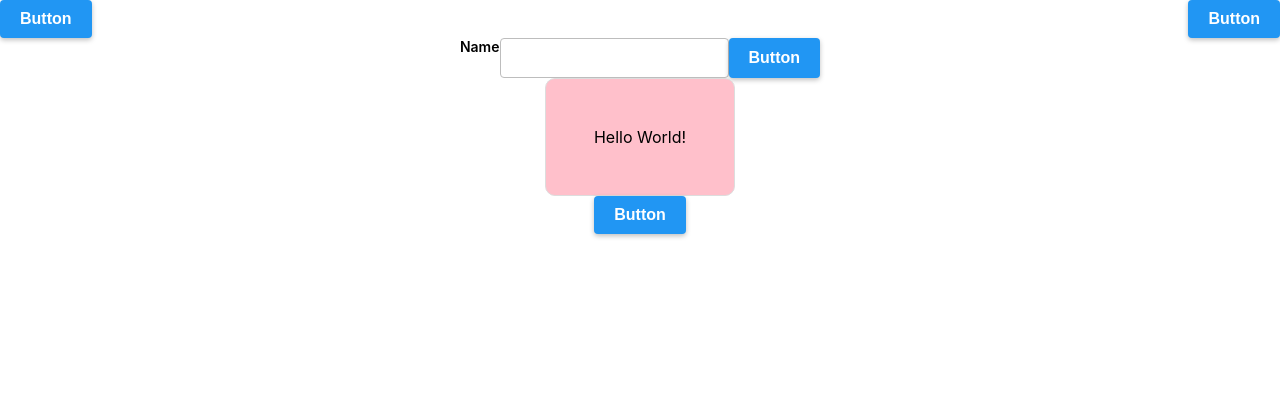
Repository: roistyx/react
Page: /layouts (app in layouts-app/)
An editor plug-in stored every save of this project. The page is shown before and after the next save, followed by the edit.
The browser window is 1280 px wide. The pictures show the whole page.
The project was rebuilt for these pictures with package versions that can differ from the ones it lists, and the page was loaded fresh each time.

Above is the page before, as saved 2023-04-27 14:05:31.

After the next save:
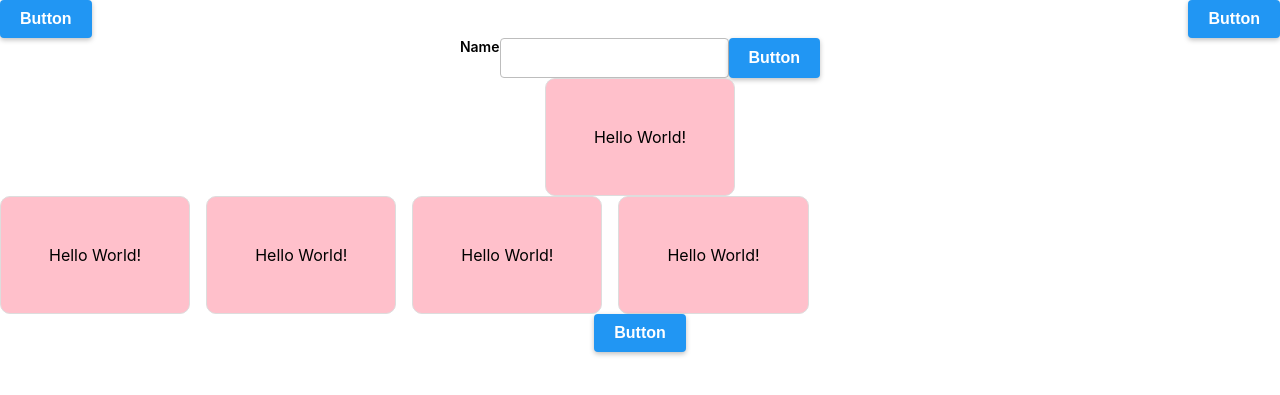
Saved 55 s later.
--- a/layouts-app/src/App.js
+++ b/layouts-app/src/App.js
@@ -1,5 +1,5 @@
 import React from 'react';
-import { Between } from './layouts/Line';
+import { Between, SpaceEvenly } from './layouts/Line';
 import { Btn } from './elements/Btn';
 import { Rows } from './layouts/Line';
 import SearchField from './elements/TextField';
@@ -24,6 +24,20 @@ export default function App() {
 					<span>Hello World!</span>
 				</Box>
 			</Center>
+			<SpaceEvenly>
+				<Box bgColor="pink" borderRadius="10px" gap="3rem">
+					<span>Hello World!</span>
+				</Box>
+				<Box bgColor="pink" borderRadius="10px" gap="3rem">
+					<span>Hello World!</span>
+				</Box>
+				<Box bgColor="pink" borderRadius="10px" gap="3rem">
+					<span>Hello World!</span>
+				</Box>
+				<Box bgColor="pink" borderRadius="10px" gap="3rem">
+					<span>Hello World!</span>
+				</Box>
+			</SpaceEvenly>
 			<Center>
 				<Btn>Button</Btn>
 			</Center>
